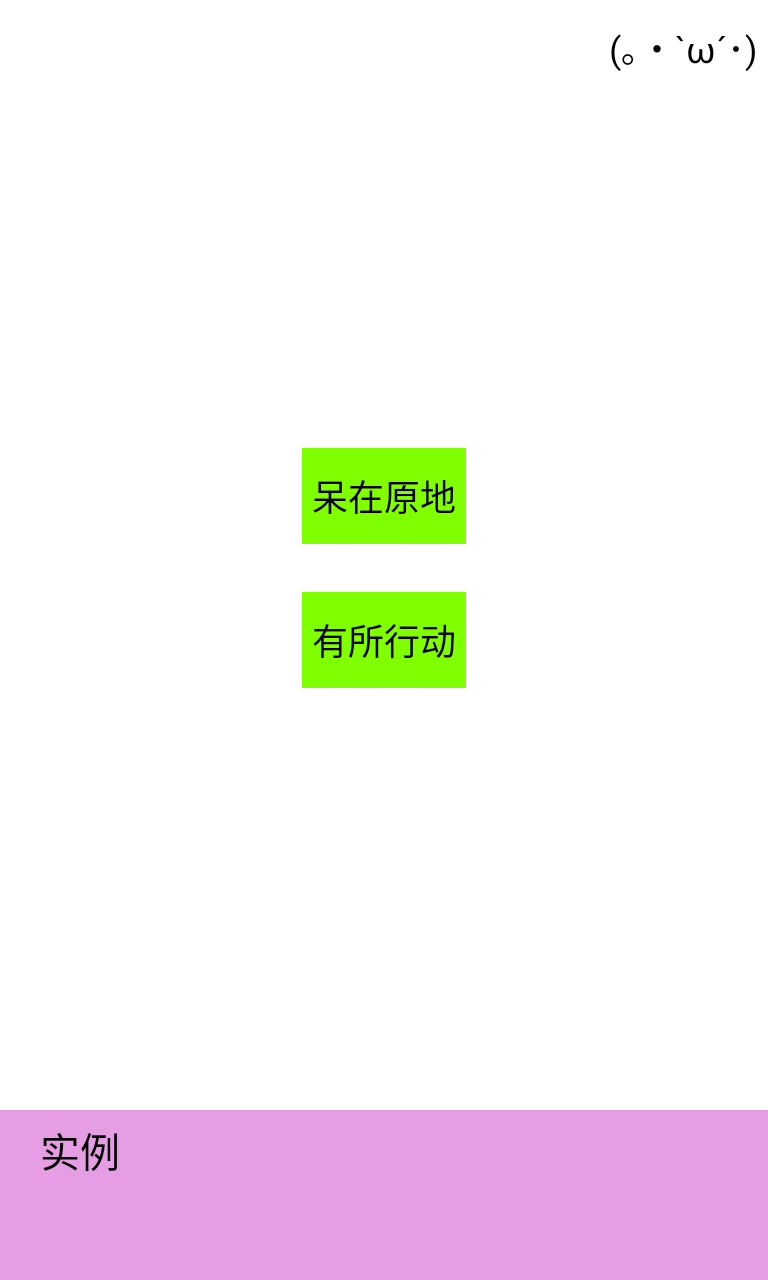
Repository: GuardLDW/HERO
Layout: GuardLDW/res/layout/game.xml
An editor plug-in stored every save of this project. The layout is shown before and after the next save, followed by the edit.
It is drawn on a 768 x 1280 px phone screen (xhdpi) without system bars, with theme AppTheme; the app's code is not run.

Above is the layout before, as saved 2016-10-04 09:54:50.

After the next save:
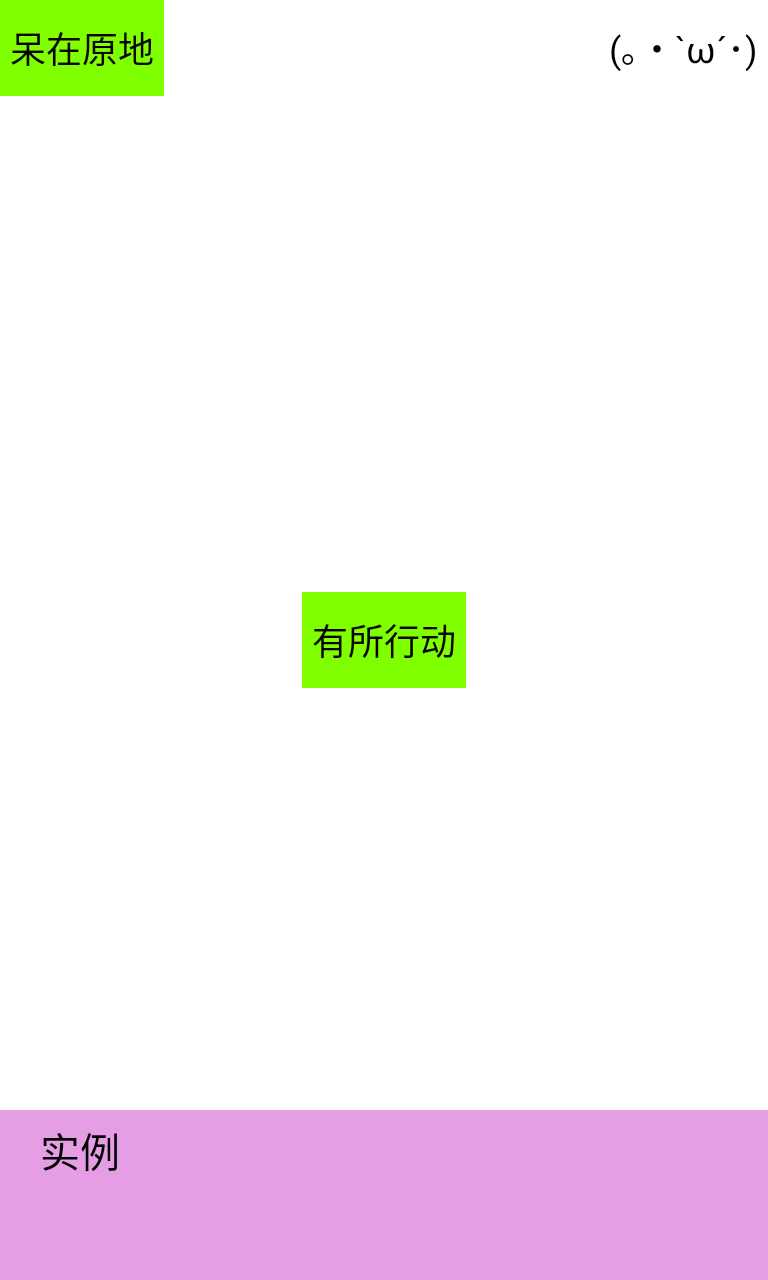
Saved 21 s later.
--- a/GuardLDW/res/layout/game.xml
+++ b/GuardLDW/res/layout/game.xml
@@ -81,7 +81,7 @@
         android:text="快进到选项" />
 
     <Button
-        android:id="@+id/button_choice1"
+        android:id="@+id/button_staychoice"
         android:layout_width="wrap_content"
         android:layout_height="wrap_content"
         android:layout_above="@+id/button_choice2"
@@ -93,7 +93,7 @@
         android:text="呆在原地" />
 
     <Button
-        android:id="@+id/button_choice2"
+        android:id="@+id/button_dochoice"
         android:layout_width="wrap_content"
         android:layout_height="wrap_content"
         android:layout_centerHorizontal="true"

After the save that followed:
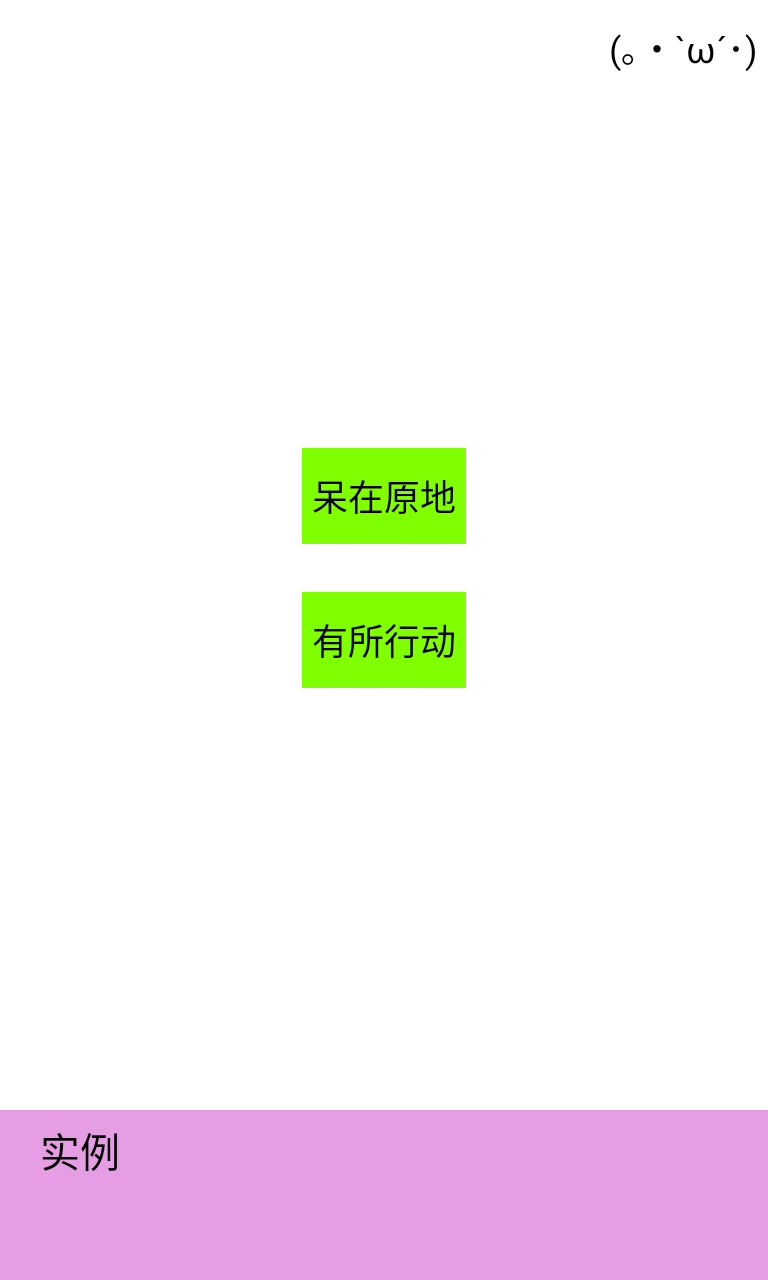
Saved 79 s later.
--- a/GuardLDW/res/layout/game.xml
+++ b/GuardLDW/res/layout/game.xml
@@ -84,8 +84,8 @@
         android:id="@+id/button_staychoice"
         android:layout_width="wrap_content"
         android:layout_height="wrap_content"
-        android:layout_above="@+id/button_choice2"
-        android:layout_alignLeft="@+id/button_choice2"
+        android:layout_above="@+id/button_dochoice"
+        android:layout_alignLeft="@+id/button_dochoice"
         android:layout_marginBottom="24dp"
         android:background="#7FFF00"
         android:paddingLeft="5dp"
